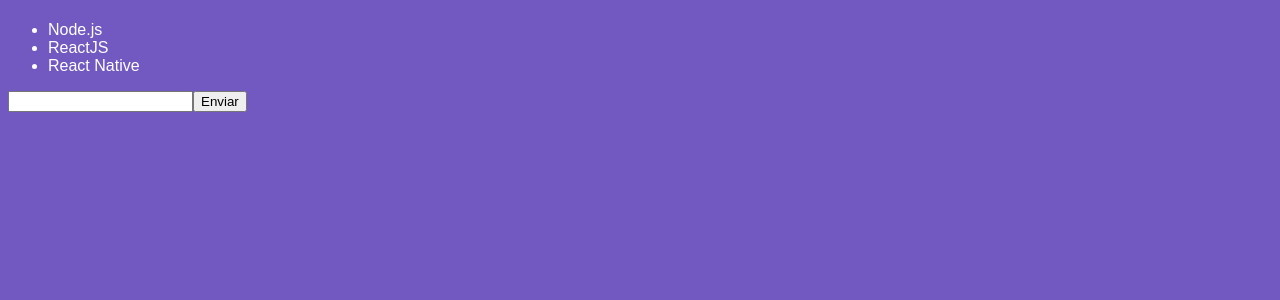
Repository: edsonjuniornarvaes/bootcamp-gostack-9.0-reactjs
Page: /
The author's editor kept a copy of each file at every save. The page is drawn from the files as they stood at one save, then again after the next save.
The browser window is 1280 px wide. The pictures show the whole page.
The project was rebuilt for these pictures with package versions that can differ from the ones it lists, and the page was loaded fresh each time. Also part of the build but not shown: webpack.config.js.

Above is the page before, as saved 2021-02-19 17:35:54.

After the next save:
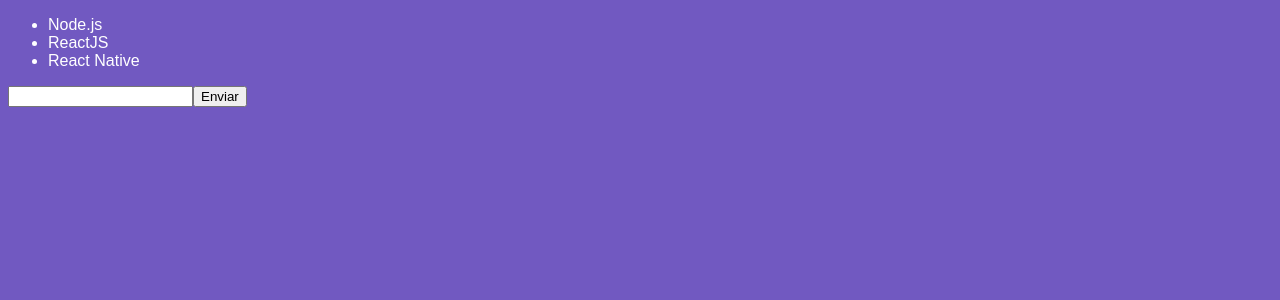
Saved 30 s later.
--- a/src/components/TechList.js
+++ b/src/components/TechList.js
@@ -26,7 +26,6 @@
   render() {
     return (
       <form onSubmit={this.handleSubmit}>
-        <h1>{this.state.newTech}</h1>
         <ul>
           {this.state.techs.map(tech => <li key={tech}>{tech}</li>)}
         </ul>
